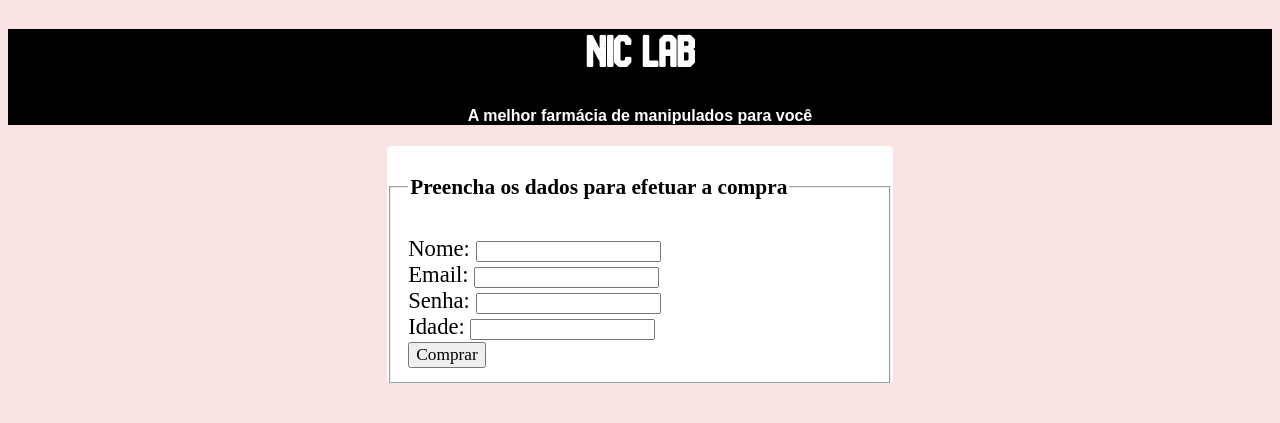
Repository: Leonngc/Lab
Page: comprar.html
An editor plug-in stored every save of this project. The page is shown before and after the next save, followed by the edit.
The browser window is 1280 px wide. The pictures show the whole page.

Above is the page before, as saved 2022-12-30 12:20:33.

After the next save:
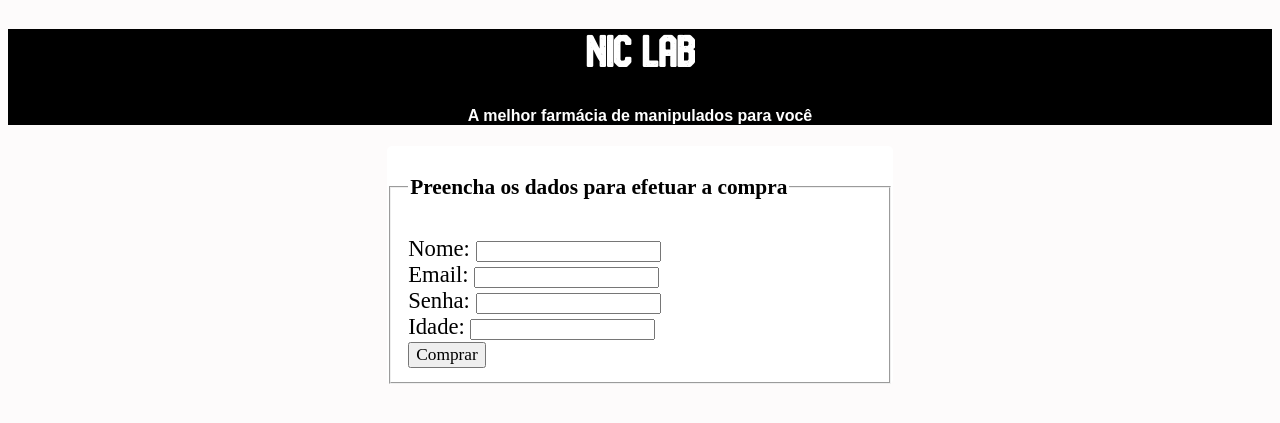
Saved 7 s later.
--- a/styles/pag-compra.css
+++ b/styles/pag-compra.css
@@ -21,7 +21,7 @@ h2#tit2{
     font-family: cursive;
 }
 body{
-    background-color: #f9e3e3;
+    background-color: #fdfbfb;
 }
 
 div#formu{
